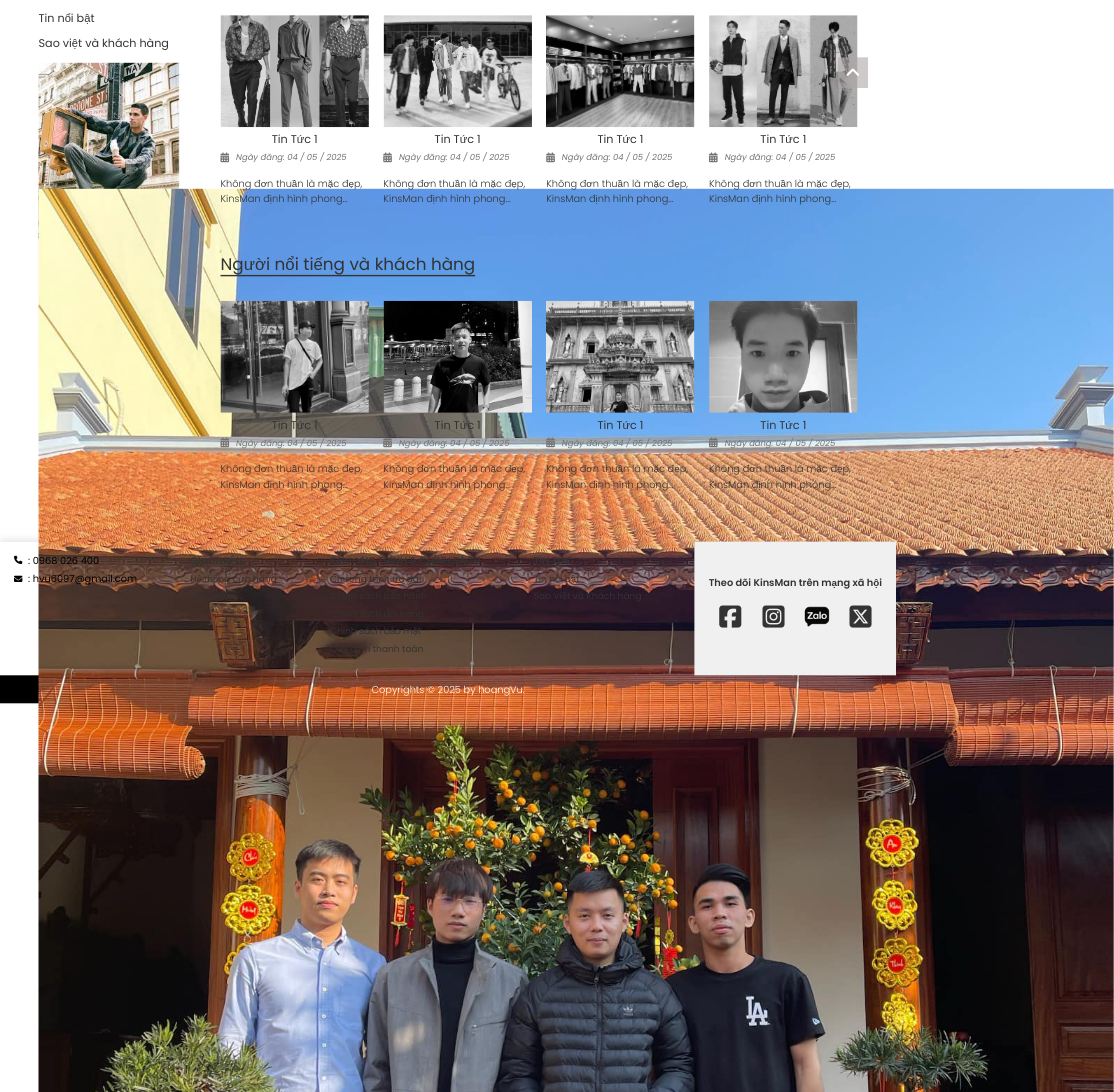
Repository: hoang28092000/kinsmanClothes
Page: category/news.html
An editor plug-in stored every save of this project. The page is shown before and after the next save, followed by the edit.
The browser window is 1280 px wide. The page is 1591 px wide, so the pictures cover 1591 px, including what lies to the right of the window. The pictures show the part of the page from y = 534 to 2094 px (the page is 2854 px tall before and 2834 px after), at 70% of full size.

Above is the page before, as saved 2025-05-08 13:02:32.
Console error: TypeError: Cannot read properties of null (reading 'addEventListener')

After the next save:
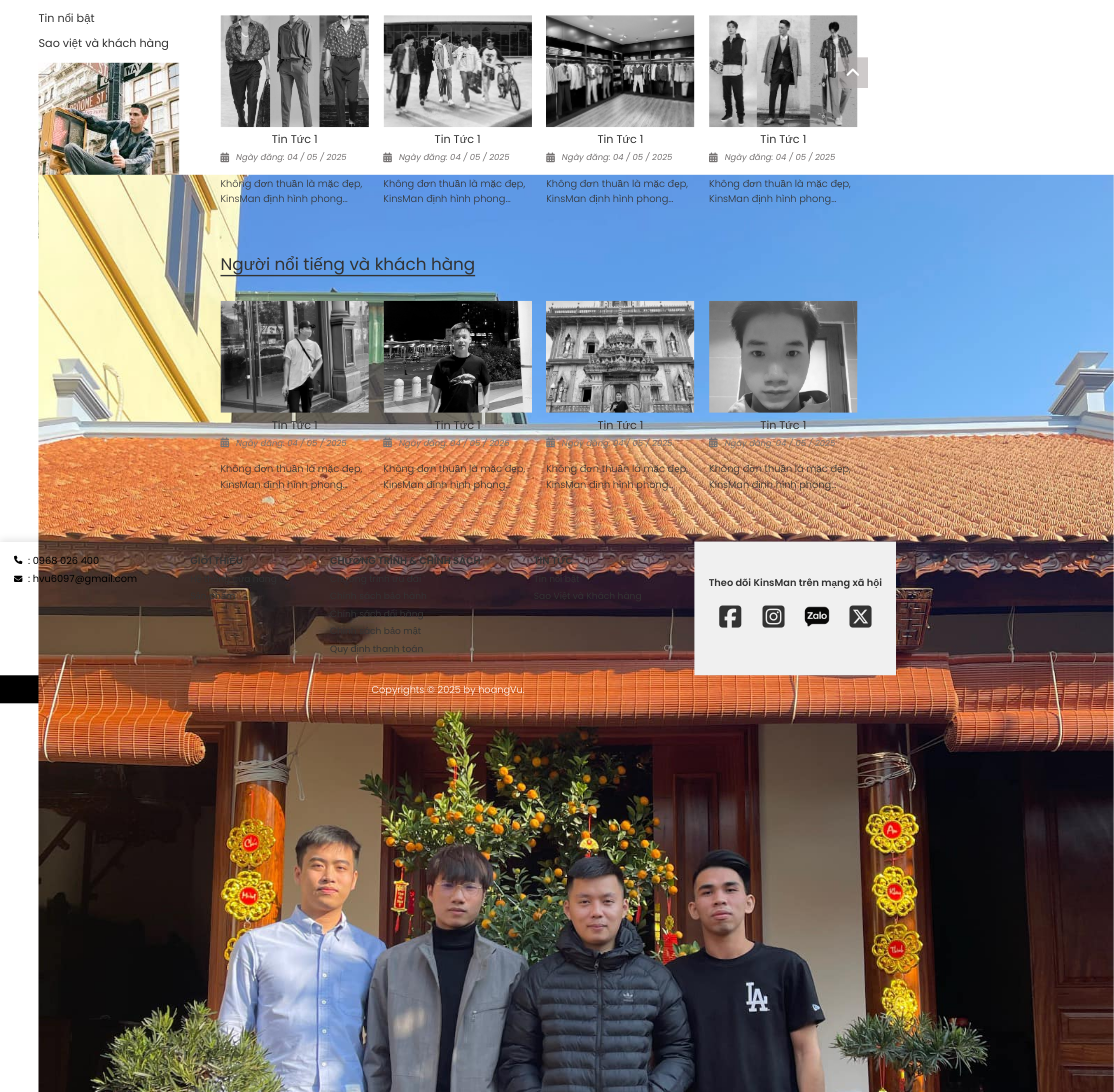
Saved 4 s later.
--- a/css/product.css
+++ b/css/product.css
@@ -330,5 +330,5 @@
 }
 .content-news .banner-left{
   width: 100%;
-  height: 180px;
-}
+  height: 160px;
+}
